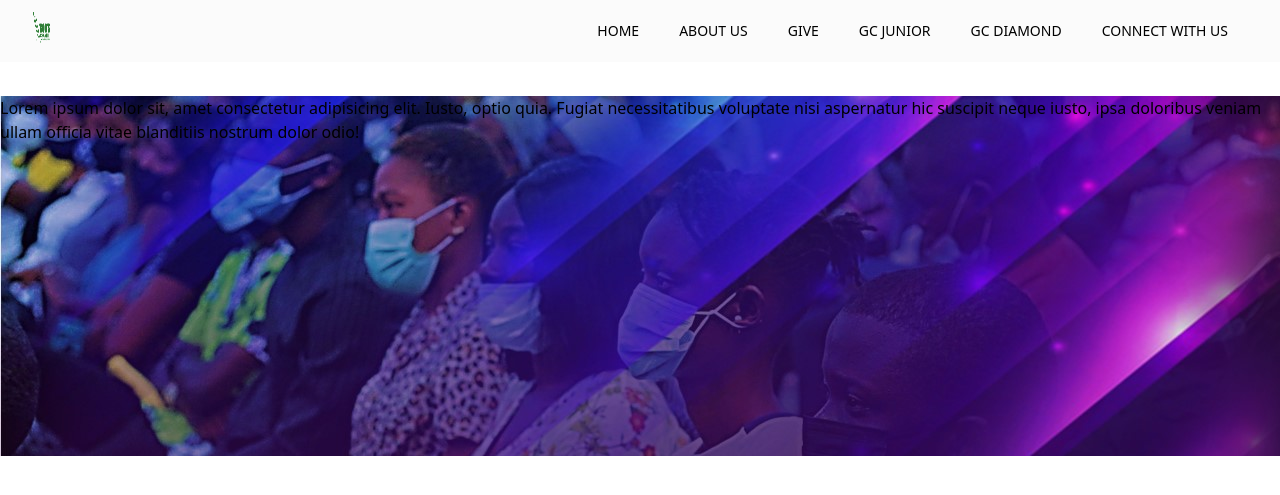
Repository: hisreal123/godschamber-church-main
Page: /
These files come from the project's save history. The page is drawn as it stood at one moment and after the next save; the edit follows.
The browser window is 1280 px wide. The pictures show the whole page.
The project was rebuilt for these pictures with package versions that can differ from the ones it lists, and the page was loaded fresh each time. The framework's server and built-in components were replaced by stand-ins that run in the browser. Also part of the build but not shown: next.config.js.

Above is the page before, as saved 2022-08-14 21:40:31.

### pages/index.tsx
import type { NextPage } from "next";
import Head from "next/head";
import Banner from "../components/Banner";
import Footer from "../components/Footer";

import Header from "../components/Header";

const Home: NextPage = () => {
  return (
    <div className="">
      <Head>
        <title>Create Next App</title>
        <meta name="description" content="Generated by create next app" />
        <link rel="icon" href="/favicon.ico" />
      </Head>

      <Header />
      <p>Hi</p>
      <Footer />
      <Banner />
    </div>
  );
};

export default Home;

### components/Banner.tsx
import React from "react";

const Banner = () => {
  return (
    <div className=" bg-image relative mt-12 bg-red-200 h-[360px] " >
      Lorem ipsum dolor sit, amet consectetur adipisicing elit. Iusto, optio
      quia. Fugiat necessitatibus voluptate nisi aspernatur hic suscipit neque
      iusto, ipsa doloribus veniam ullam officia vitae blanditiis nostrum dolor
      odio!
    </div>
  );
};

export default Banner;

### components/Header.tsx
import React, { useState, useEffect } from "react";
import logo from "/public/assets/PageLogo.png";
import Nav from "./Navs";
import Image from "next/image";
import {BiMenu} from "react-icons/bi";

const Header = () => {
  const [toggle, setToggle] = useState(true);

  // function to handle toggle and set toggle to opposite of it
  const handleToggle = () => {
    setToggle(!toggle);
  };

  useEffect(() => {
    console.log(" Consoled !!!");
  }, []);

  //  variable style for CustomStyle from ListItems Component
  const LinkStyle =
    " w-full block py-3 px-0 hover:text-white hover:bg-[#0C4E12] pl-2 text-sm md:px-5 md:m-0 md:bg-[transparent]";

  return (
    <div className=" fixed top-0 w-full bg-[#FBFBFB] md:flex justify-between md:items-center ">
      <div className="mobile bg-[#222222] md:bg-[#fbfbfb] relative flex items-center  px-3 justify-between w-full md:px-8   ">
        <a href="http://www.facebok.com" className="">
          <Image
            src={logo}
            alt=" Page logo"
            height="56"
            width="20"
            // layout="responsive"
          />
        </a>

        <div className=" md:hidden" onClick={handleToggle}>
          <BiMenu size="2rem" color="white" />
        </div>

        <div className="hidden md:flex md:items-center transition-all">
          <Nav url="www.fb.com " item="HOME" CustomStyle={LinkStyle} />
          <Nav url="www.fb.com " item="ABOUT US" CustomStyle={LinkStyle} />
          <Nav url="www.fb.com " item="GIVE" CustomStyle={LinkStyle} />
          <Nav url="www.fb.com " item="GC JUNIOR" CustomStyle={LinkStyle} />
          <Nav url="www.fb.com " item="GC DIAMOND" CustomStyle={LinkStyle} />
          <Nav
            url="www.fb.com "
            item="CONNECT WITH US "
            CustomStyle={LinkStyle}
          />
        </div>
      </div>

      {/* nav List */}
      {!toggle && (
        <div className="transition-all">
          <Nav url="www.fb.com " item="HOME" CustomStyle={LinkStyle} />
          <Nav url="www.fb.com " item="ABOUT US" CustomStyle={LinkStyle} />
          <Nav url="www.fb.com " item="GIVE" CustomStyle={LinkStyle} />
          <Nav url="www.fb.com " item="GC JUNIOR" CustomStyle={LinkStyle} />
          <Nav url="www.fb.com " item="GC DIAMOND" CustomStyle={LinkStyle} />
        </div>
      )}
    </div>
  );
};

export default Header;

### components/Navs.tsx
import React from "react";
import ListItems from "./ListItems";
import { NavProps } from "./NavProps";

const Nav = (props: NavProps) => {
  return (
    <nav className="">
      <ListItems
        url={props.url}
        item={props.item}
        CustomStyle={props.CustomStyle}
      />
    </nav>
  );
};

export default Nav;

// TODO: Passed the  Listitem into this Parent component and passed same to Header Component ,since we could reuse the ListItem component in the Footer also

### components/ListItems.tsx
import React from "react";
import { NavProps } from "./NavProps";

const ListItems = (props: NavProps) => {
  return (
    <div className=" ">
      <a href={props.url} key={props.item} className={props.CustomStyle}>
        {props.item}
      </a>
    </div>
  );
};

export default ListItems;

### tailwind.config.js
/** @type {import('tailwindcss').Config} */
module.exports = {
  content: [
    "./pages/**/*.{js,ts,jsx,tsx}",
    "./components/**/*.{js,ts,jsx,tsx}",
  ],
  theme: {
    extend: {
      backgroundImage: {
        image: "url('/public/assets/banner.jpg')",
      },
    },
  },
  plugins: [],
};

Loaded but not shown: pages/_app.tsx (common file); styles/globals.css (common file); components/Footer.tsx (common file)

After the next save:
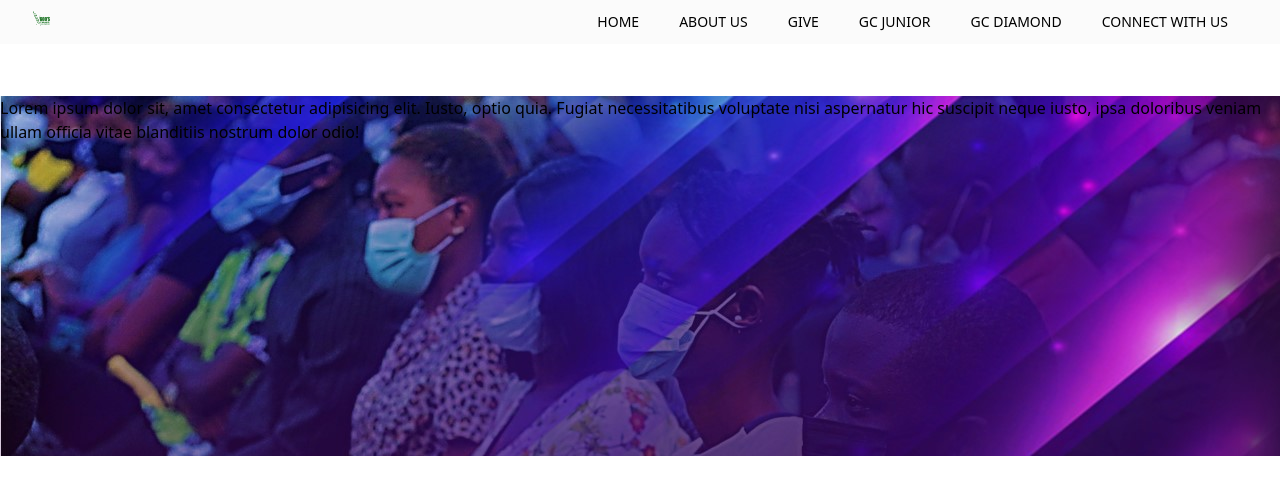
Saved 5 s later.
--- a/components/Header.tsx
+++ b/components/Header.tsx
@@ -27,7 +27,7 @@ const Header = () => {
           <Image
             src={logo}
             alt=" Page logo"
-            height="56"
+            height="26"
             width="20"
             // layout="responsive"
           />
